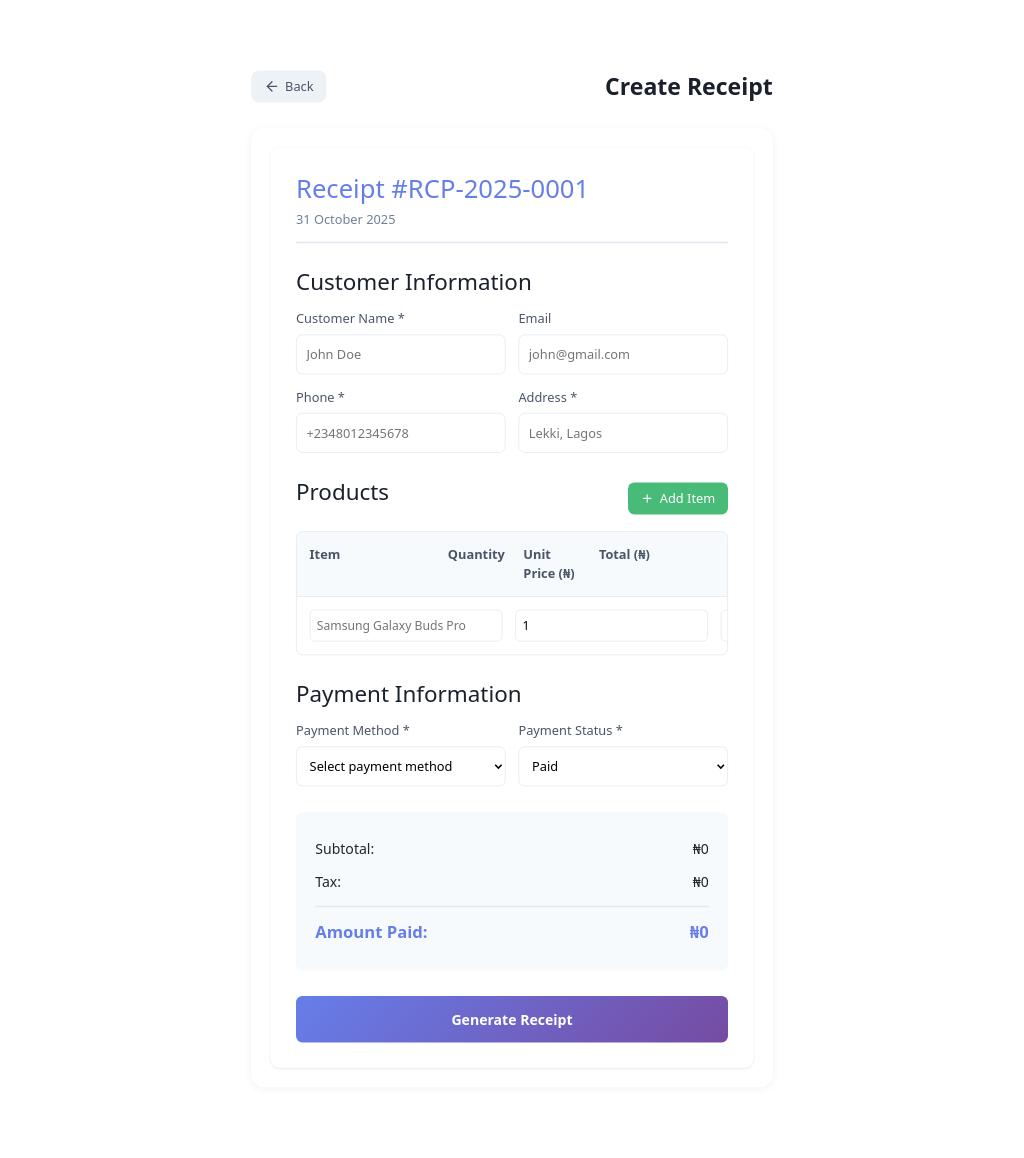
Repository: Manny1294/prescotech-receipt-generator
Page: /create
An editor plug-in stored every save of this project. The page is shown before and after the next save, followed by the edit.
The browser window is 1280 px wide. The pictures show the whole page, at 80% of full size.
The project was rebuilt for these pictures with package versions that can differ from the ones it lists, and the page was loaded fresh each time. Also part of the build but not shown: vite.config.js, src/components/ReceiptList.vue, src/views/HomeView.vue, src/components/ReceiptPreview.vue.

Above is the page before, as saved 2025-10-31 18:09:46.

After the next save:
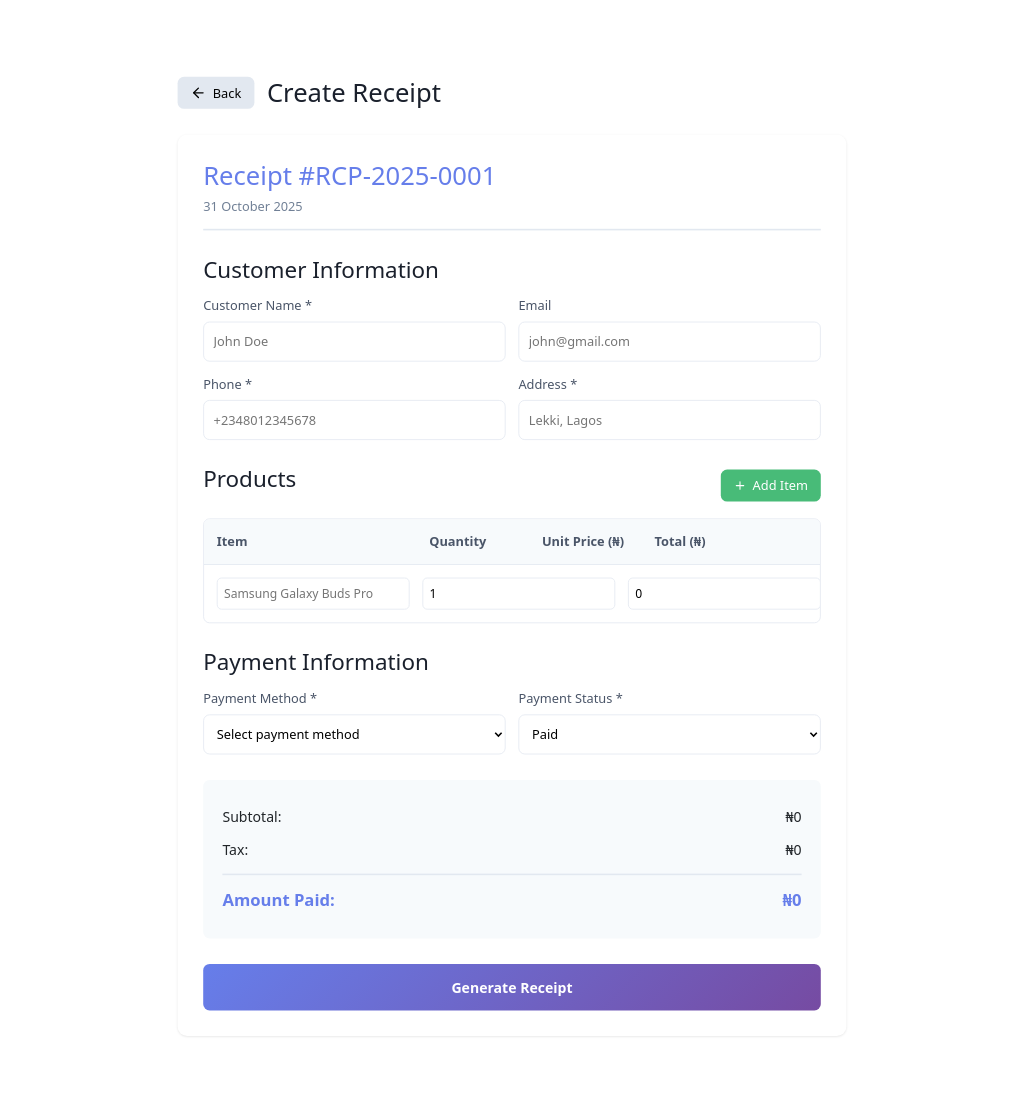
Saved 2 min 0 s later.
--- a/src/views/CreateReceiptView.vue
+++ b/src/views/CreateReceiptView.vue
@@ -1,28 +1,24 @@
 <template>
-  <div class="create-receipt-container">
-    <!-- Header -->
-    <header class="header">
+  <div class="create-container">
+    <div class="header">
       <button @click="goBack" class="btn-back">
         <ArrowLeftIcon :size="20" />
         Back
       </button>
       <h1>Create Receipt</h1>
-    </header>
+    </div>
 
-    <!-- Form / Preview -->
-    <main>
-      <div v-if="!showPreview" class="form-section">
-        <ReceiptForm
-          :receipt-number="receiptNumber"
-          :initial-data="receiptData"
-          @generate="handleGenerate"
-        />
-      </div>
+    <div v-if="!showPreview">
+      <ReceiptForm
+        :receipt-number="receiptNumber"
+        :initial-data="receiptData"
+        @generate="handleGenerate"
+      />
+    </div>
 
-      <div v-else class="preview-section">
-        <ReceiptPreview :receipt="receiptData" @back="showPreview = false" @save="handleSave" />
-      </div>
-    </main>
+    <div v-else>
+      <ReceiptPreview :receipt="receiptData" @back="showPreview = false" @save="handleSave" />
+    </div>
   </div>
 </template>
 
@@ -64,98 +60,38 @@ const handleSave = async () => {
 </script>
 
 <style scoped>
-.create-receipt-container {
-  max-width: 700px;
+.create-container {
+  max-width: 900px;
   margin: 0 auto;
-  padding: 1.5rem;
+  padding: 2rem;
 }
 
-/* Header */
 .header {
   display: flex;
   align-items: center;
-  justify-content: space-between;
+  gap: 1rem;
   margin-bottom: 2rem;
-  flex-wrap: wrap;
-  gap: 0.75rem;
 }
 
-.header h1 {
-  font-size: 1.8rem;
-  font-weight: 700;
+.btn-back {
+  background: #e2e8f0;
+  border: none;
+  padding: 0.5rem 1rem;
+  border-radius: 8px;
+  cursor: pointer;
+  display: flex;
+  align-items: center;
+  gap: 0.5rem;
+  font-weight: 500;
+}
+
+.btn-back:hover {
+  background: #cbd5e0;
+}
+
+h1 {
+  font-size: 2rem;
   color: #1a202c;
   margin: 0;
 }
-
-.btn-back {
-  background: #edf2f7;
-  border: none;
-  padding: 0.5rem 1rem;
-  border-radius: 10px;
-  cursor: pointer;
-  display: flex;
-  align-items: center;
-  gap: 0.4rem;
-  font-weight: 500;
-  color: #4a5568;
-  transition: background 0.2s;
-}
-
-.btn-back:hover {
-  background: #e2e8f0;
-}
-
-/* Form + Preview Sections */
-.form-section,
-.preview-section {
-  background: white;
-  border-radius: 16px;
-  box-shadow: 0 2px 10px rgba(0, 0, 0, 0.06);
-  padding: 1.5rem;
-  transition: all 0.3s ease;
-}
-
-/* Responsive Layout */
-@media (max-width: 768px) {
-  .create-receipt-container {
-    padding: 1rem;
-  }
-
-  .header {
-    flex-direction: column;
-    align-items: flex-start;
-    gap: 0.5rem;
-  }
-
-  .header h1 {
-    font-size: 1.5rem;
-  }
-
-  .form-section,
-  .preview-section {
-    padding: 1rem;
-    border-radius: 12px;
-  }
-}
-
-/* Buttons inside forms or previews */
-button.primary {
-  background: linear-gradient(135deg, #667eea 0%, #764ba2 100%);
-  color: white;
-  border: none;
-  padding: 0.8rem 1.5rem;
-  border-radius: 10px;
-  font-size: 1rem;
-  font-weight: 600;
-  cursor: pointer;
-  width: 100%;
-  transition:
-    transform 0.2s,
-    box-shadow 0.2s;
-}
-
-button.primary:hover {
-  transform: translateY(-2px);
-  box-shadow: 0 4px 10px rgba(102, 126, 234, 0.3);
-}
 </style>
